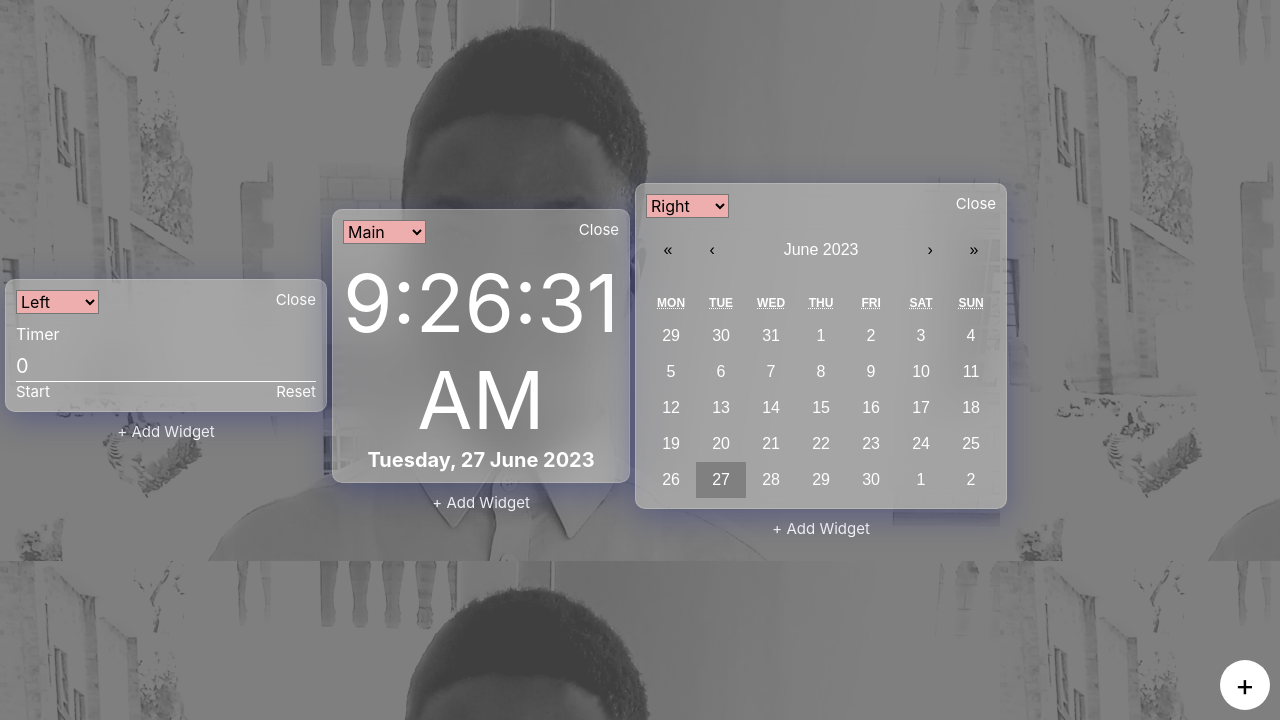
Repository: Angera-Silas/Planner-app
Page: /
These files come from the project's save history. The page is drawn as it stood at one moment and after a run of saves; the edit follows.
The browser window is 1280 px wide. The pictures show the whole page.
The project was rebuilt for these pictures with package versions that can differ from the ones it lists, and the page was loaded fresh each time. Also part of the build but not shown: src/widgets/ReminderListWidget.js, src/modals/WidgetGalleryModal.js.

Above is the page before, as saved 2023-06-27 18:34:47.

### src/index.css
body {
  margin: 0;
  font-family: -apple-system, BlinkMacSystemFont, 'Segoe UI', 'Roboto', 'Oxygen',
    'Ubuntu', 'Cantarell', 'Fira Sans', 'Droid Sans', 'Helvetica Neue',
    sans-serif;
  -webkit-font-smoothing: antialiased;
  -moz-osx-font-smoothing: grayscale;
}

code {
  font-family: source-code-pro, Menlo, Monaco, Consolas, 'Courier New',
    monospace;
}
*,
*::before,
*::after {
 box-sizing: border-box;
}

img,
svg,
video,
canvas,
audio,
iframe,
embed,
object {
 display: block;
 max-width: 100%;
}

input,
button,
textarea,
select {
 font: inherit;
 color: black;
}

* {
 margin: 0;
 padding: 0;
 box-sizing: border-box;
 font: inherit;
 color: white;
}

/* width */
::-webkit-scrollbar {
 width: 10px;
}

/* Track */
::-webkit-scrollbar-track {
 background: #363636;
}

/* Handle */
::-webkit-scrollbar-thumb {
 background: #777;
}

/* Handle on hover */
::-webkit-scrollbar-thumb:hover {
 background: #1e1e1e;
}

### src/App.js
import React, { useState } from 'react';
import './App.css';
import ClockWidget from './widgets/ClockWidget';
import WidgetGalleryModal from './modals/WidgetGalleryModal';
import Draggable from 'react-draggable';
import TimerWidget from './widgets/TimerWidget';
import CalendarWidget from './widgets/CalendarWidget';
import MyCustomWidget from './widgets/MyCustomWidget';

function App() {
 const [widgets, setWidgets] = useState([
  { id: new Date().getTime(), component: <ClockWidget />, area: 'main-widget', name: "Date and Time" },
  { id: new Date().getTime() + 2, component: <CalendarWidget />, area: 'right-widget', name: "Calendar" },
  { id: new Date().getTime() + 1, component: <TimerWidget />, area: 'left-widget', name:"Timer" },
  { id: new Date().getTime(), component: <MyCustomWidget/>,area: 'center-widget',name:"Stopwatch"},
 ])
 const [showWidgetModal, setShowWidgetModal] = useState(false)
 const [selectedWidgetArea, setSelectedWidgetArea] = useState('')

 const removeWidget = (index) => {
  try {
   setWidgets(widgets.filter(widget => widget.id !== index))
  } catch (error) {
   console.log(error)
  }
 }

 return (
  <>
   {showWidgetModal && <WidgetGalleryModal setShowWidgetModal={setShowWidgetModal} selectedWidgetArea={selectedWidgetArea} widgets={widgets} setWidgets={setWidgets} />}
   <div className="add-button"
    onClick={() => {
     console.log('add button clicked')
     setShowWidgetModal(true)
     setSelectedWidgetArea('none-widget')
    }}
   >
    <p
     className='add-widget-button'
     style={{ background: "none", border: "none", color: "black", fontSize: "30px", cursor: "pointer", backgroundColor: "white", borderRadius: "50%", width: "50px", display: "flex", justifyContent: "center", alignItems: "center", height: "50px", position: "fixed", bottom: "10px", right: "10px" }}
    >+</p>
   </div>
   <div className='none-widget' >
    {widgets.length > 0 && widgets.map((widget, index) => {
     if (widget.area === 'none-widget') {
      return (
       <Draggable>
            <div style={{ padding: 10,}} className='widget-container' >
             <div style={{ marginBottom: 10 }}>
              <select value={widget.area}
               onChange={(e) => {
                let widgetList = [...widgets]
                widgetList[index].area = e.target.value
                setWidgets(widgetList)
               }}
              >
               <option value="none-widget">Floating</option>
               <option value="left-widget">Left</option>
               <option value="main-widget">Main</option>
               <option value="right-widget">Right</option>
               <option value="center-widget">Center</option>
              </select>
              <button
               onClick={() => {
                removeWidget(widget.id)
               }}
               style={{ background: "none", border: "none", color: "white", fontSize: "15px", cursor: "pointer", float: "right" }}
              >Close</button>
             </div>
             {widget.component}
            </div>
       </Draggable>
      )
     }
    })}
   </div>
   <div className="App">
    <div className="container">
     <div className='left-widget'>
      {widgets.length > 0 && widgets.map((widget, index) => {
       if (widget.area === 'left-widget') {
        return (
         <div style={{ padding: 10,}} className='widget-container'>
          <div style={{ marginBottom: 10 }}>
           <select value={widget.area}
            onChange={(e) => {
             let widgetList = [...widgets]
             widgetList[index].area = e.target.value
             setWidgets(widgetList)
            }}
           >
            <option value="none-widget">Floating</option>
            <option value="left-widget">Left</option>
            <option value="main-widget">Main</option>
            <option value="right-widget">Right</option>
            <option value="center-widget">Center</option>
           </select>
           <button
            onClick={() => {
             removeWidget(widget.id)
            }}
            style={{ background: "none", border: "none", color: "white", fontSize: "15px", cursor: "pointer", float: "right" }}
           >Close</button>
          </div>
          {widget.component}
         </div>
        )
       }
      })}
      {widgets.filter(widget => widget.area === 'left-widget').length < 3 && widgets.filter(widget => widget.area === 'left-widget').length > 0 &&
       <button
        className='add-widget-button'
        onClick={() => {
         setShowWidgetModal(true)
         setSelectedWidgetArea('left-widget')
        }}>+ Add Widget</button>
      }
     </div>
     <div className='main-widget'>
      {widgets.length > 0 && widgets.map((widget, index) => {
       if (widget.area === 'main-widget') {
        return (
         <div style={{ padding: 10,}} className='widget-container' >
          <div style={{ marginBottom: 10 }}>
           <select value={widget.area}
            onChange={(e) => {
             let widgetList = [...widgets]
             widgetList[index].area = e.target.value
             setWidgets(widgetList)
            }}
           >
            <option value="none-widget">Floating</option>
            <option value="left-widget">Left</option>
            <option value="main-widget">Main</option>
            <option value="right-widget">Right</option>
            <option value="center-widget">Center</option>
           </select>
           <button
            onClick={() => {
             removeWidget(widget.id)
            }}
            style={{ background: "none", border: "none", color: "white", fontSize: "15px", cursor: "pointer", float: "right" }}
           >Close</button>
          </div>
          {widget.component}
         </div>
        )
       }
      })}
      {widgets.filter(widget => widget.area === 'main-widget').length < 2 &&
       <button
        className='add-widget-button'
        onClick={() => {
         setShowWidgetModal(true)
         setSelectedWidgetArea('main-widget')
        }}>+ Add Widget</button>
      }
     </div>
     <div className='right-widget'>
      {widgets.length > 0 && widgets.map((widget, index) => {
       if (widget.area === 'right-widget') {
        return (
         <div style={{ padding: 10,}} className='widget-container'>
          <div style={{ marginBottom: 10 }}>
           <select value={widget.area}
            onChange={(e) => {
             let widgetList = [...widgets]
             widgetList[index].area = e.target.value
             setWidgets(widgetList)
            }}
           >
            <option value="none-widget">Floating</option>
            <option value="left-widget">Left</option>
            <option value="main-widget">Main</option>
            <option value="right-widget">Right</option>
            <option value="center-widget">Center</option>
           </select>
           <button
            onClick={() => {
             removeWidget(widget.id)
            }}
            style={{ background: "none", border: "none", color: "white", fontSize: "15px", cursor: "pointer", float: "right" }}
           >Close</button>
          </div>
          {widget.component}
         </div>
        )
       }
      })}
      {widgets.filter(widget => widget.area === 'right-widget').length < 3 && widgets.filter(widget => widget.area === 'right-widget').length > 0 &&
       <button
        className='add-widget-button'
        onClick={() => {
         setShowWidgetModal(true)
         setSelectedWidgetArea('right-widget')
        }}>+ Add Widget</button>
      }
     </div>
    </div>
   </div>
  </>
 )
}

export default App;

### src/App.css
.App {
  background: url("background.jpg");
  height: 100vh;
  display: flex;
  justify-content: flex-start;
  align-items: center;
  width: 100%;

}

.container {
  display: flex;
  flex-direction: row;
  align-items: flex-start;
  justify-content: space-between;
  gap: 5px;
  width: 100vh;
  padding: 5px;
  max-height: 100vh;
  height: 100%;

}

.item {
  background-color: rgba(255, 255, 255, 0.8);
  border: 1px solid rgba(0, 0, 0);
  padding: 20px;
  font-size: 30px;
  text-align: center;
}

.time {
  font-size: 80px;
  color: white;
  text-align: center;
}

.date {
  font-size: 20px;
  color: white;
  text-align: center;
  font-weight: bold;
}
 .stopwatch {
 font-size: 20px;
 color: white;
 font-weight: bold;
 text-align: center;
}
.add-widget-button {
  background-color: transparent;
  color: white;
  border: none;
  font-size: 15px;
  text-align: center;
  cursor: pointer;
}

.add-widget-button:hover {
  color: #1e1e1e;
}

.right-widget,
.left-widget,
.main-widget,
.center-widget {
  display: flex;
  justify-content: center;
  align-items: center;
  flex-direction: column;
  gap: 10px;
  height: 100%;
  max-width: 500px;
}

.none-widget {
  position: fixed;
  /* height: 100vh;
  width: 100vw; */
  top: 0px;
  left: 0px;
}

select {
 background-color: #efaeae;
}

/* Modal */
.modal {
  position: fixed;
  z-index: 1;
  padding-top: 100px;
  left: 0;
  top: 0;
  width: 100vw;
  height: 100vh;
  overflow: auto;
  background-color: rgb(0, 0, 0, 0.4);
}

.modal-content {
  background-color: #183A37;
  margin: auto;
  padding: 20px;
  width: 50%;
  max-height: 50vh;
  overflow: scroll;
}

.modal-header {
  display: flex;
  justify-content: space-between;
  align-items: flex-start;
}

.modal-header h2 {
  color: white;
  font-weight: bold;
  font-size: 25px;
}

.row {
  display: flex;
  justify-content: space-between;
  align-items: center;
  gap: 10px;
}

.widget-gallery-item {
  color: black;
  border: 1px solid white;
  padding: 10px;
  margin-bottom: 10px;
}

.text-input {
  outline: none;
  border: none;
  border-bottom: 1px solid white;
  width: 100%;
  background-color: transparent;
  color: white;
  font-size: 20px;
  margin-top: 10px;
  padding-bottom: 3px;
}

.widget-container {
  background: rgba(255, 255, 255, 0.3);
  box-shadow: 0 8px 32px 0 rgba(31, 38, 135, 0.37);
  backdrop-filter: blur(20px);
  -webkit-backdrop-filter: blur(20px);
  border-radius: 10px;
  border: 1px solid rgba(255, 255, 255, 0.18);

}

.widget-gallery-item-name{
  font-size: 20px;
  font-weight: bold;
  margin-bottom: 10px;
}

### src/widgets/ClockWidget.js
import React, { useEffect, useState } from 'react'

export default function ClockWidget() {
  const [time, setTime] = useState(new Date().toLocaleTimeString())
  const [date, setDate] = useState(new Date())
  useEffect(() => {
    const interval = setInterval(() => {
      setTime(new Date().toLocaleTimeString())
      setDate(new Date())
    }, 1000)
    return () => clearInterval(interval)
  }, [])

  const tidyDate = (date) => {
    const dateArray = date
    const day = dateArray.getDay()
    const dateNumber = dateArray.getDate()
    const month = dateArray.getMonth() + 1
    const year = dateArray.getFullYear()

    const days = ['Sunday', 'Monday', 'Tuesday', 'Wednesday', 'Thursday', 'Friday', 'Saturday']
    const months = ['January', 'February', 'March', 'April', 'May', 'June', 'July', 'August', 'September', 'October', 'November', 'December']

    return `${days[day]}, ${dateNumber} ${months[month - 1]} ${year}`

  }

  return (
    <div>
      <p className='time'>{time}</p>
      <p className='date'>{tidyDate(date)}</p>
    </div>
  )
}

### src/widgets/TimerWidget.js
import React, { useEffect, useState } from 'react'

export default function TimerWidget() {
  const [timerListData, setTimerListData] = useState({
    time: 0,
    isRunning: false,
  })

  const tidyTime = (time) => {
    let hours = Math.floor(time / 3600)
    let minutes = Math.floor((time - (hours * 3600)) / 60)
    let seconds = time - (hours * 3600) - (minutes * 60)

    if (hours < 10) { hours = "0" + hours }
    if (minutes < 10) { minutes = "0" + minutes }
    if (seconds < 10) { seconds = "0" + seconds }

    return hours + ':' + minutes + ':' + seconds
  }

  useEffect(() => {
    // timer logic
    let interval = null
    if (timerListData.isRunning && timerListData.time > 0) {
      interval = setInterval(() => {
        setTimerListData({
          ...timerListData,
          time: parseInt(timerListData.time) - 1,
        })
      }, 1000)
    } else if (!timerListData.isRunning && timerListData.time !== 0) {
      setTimerListData({
        ...timerListData,
        isRunning: false,
      })
      clearInterval(interval)
    } else if (timerListData.isRunning && timerListData.time === 0) {
      setTimerListData({
        ...timerListData,
        isRunning: false,
      })
      clearInterval(interval)
      alert('Timer is up!')
    }

      return () => clearInterval(interval)
  }, [timerListData.isRunning, timerListData.time])

  return (
    <div style={{ minWidth: 300 }}>
      <div style={{ display: "flex", justifyContent: "space-between", alignItems: "row" }}>
        <p>Timer</p>
      </div>
      <div className='timer-container'>
        <div className='timer-display'>
          {timerListData.isRunning ?
            <p style={{ textAlign: "center", fontWeight: "bold", fontSize: 20 }}>{tidyTime(timerListData.time)}</p>
            :
            <input type="text" className='text-input' value={timerListData.time} onChange={(e) => {
              setTimerListData({
                ...timerListData,
                time: e.target.value,
              })
            }} />
          }
        </div>
        <div className='timer-controls' style={{ display: "flex", justifyContent: "space-between", alignItems: "center", }}>
          <button
            style={{
              background: "none",
              border: "none",
              color: "white",
              fontSize: "15px",
              cursor: "pointer",
            }}
            onClick={() => {
              setTimerListData({
                ...timerListData,
                isRunning: !timerListData.isRunning,
              })
            }}
          >{timerListData.isRunning ? 'Stop' : 'Start'}</button>
          <button
            style={{
              background: "none",
              border: "none",
              color: "white",
              fontSize: "15px",
              cursor: "pointer",
            }}
            onClick={() => {
              setTimerListData({
                ...timerListData,
                time: 0,
              })
            }}
          >Reset</button>
        </div>
      </div>
    </div>
  )
}

### src/styles/styles.css
.react-calendar {
  width: 350px;
  max-width: 100%;
  background: transparent;
  font-family: Arial, Helvetica, sans-serif;
  line-height: 1.125em;
}

.react-calendar--doubleView {
  width: 700px;
}

.react-calendar--doubleView .react-calendar__viewContainer {
  display: flex;
  margin: -0.5em;
}

.react-calendar--doubleView .react-calendar__viewContainer > * {
  width: 50%;
  margin: 0.5em;
}

.react-calendar,
.react-calendar *,
.react-calendar *:before,
.react-calendar *:after {
  -moz-box-sizing: border-box;
  -webkit-box-sizing: border-box;
  box-sizing: border-box;
}

.react-calendar button {
  margin: 0;
  border: 0;
  outline: none;
}

.react-calendar button:enabled:hover {
  cursor: pointer;
}

.react-calendar__navigation {
  display: flex;
  height: 44px;
  margin-bottom: 1em;
}

.react-calendar__navigation button {
  min-width: 44px;
  background: none;
}

.react-calendar__navigation button:disabled {
  background-color: #f0f0f0;
}

.react-calendar__navigation button:enabled:hover,
.react-calendar__navigation button:enabled:focus {
  background-color: #e6e6e6;
}

.react-calendar__month-view__weekdays {
  text-align: center;
  text-transform: uppercase;
  font-weight: bold;
  font-size: 0.75em;
}

.react-calendar__month-view__weekdays__weekday {
  padding: 0.5em;
}

.react-calendar__month-view__weekNumbers .react-calendar__tile {
  display: flex;
  align-items: center;
  justify-content: center;
  font-size: 0.75em;
  font-weight: bold;
}

.react-calendar__month-view__days__day--weekend {
  color: #d10000;
}

.react-calendar__month-view__days__day--neighboringMonth {
  color: #757575;
}

.react-calendar__year-view .react-calendar__tile,
.react-calendar__decade-view .react-calendar__tile,
.react-calendar__century-view .react-calendar__tile {
  padding: 2em 0.5em;
}

.react-calendar__tile {
  max-width: 100%;
  padding: 10px 6.6667px;
  background: none;
  text-align: center;
  line-height: 16px;
}

.react-calendar__tile:disabled {
  background-color: #f0f0f0;
}

.react-calendar__tile:enabled:hover,
.react-calendar__tile:enabled:focus {
  background-color: #e6e6e6;
}

.react-calendar__tile--now {
  background: gray;
}

.react-calendar__tile--now:enabled:hover,
.react-calendar__tile--now:enabled:focus {
  background: gray;
}

.react-calendar__tile--hasActive {
  background: #76baff;
}

.react-calendar__tile--hasActive:enabled:hover,
.react-calendar__tile--hasActive:enabled:focus {
  background: #a9d4ff;
}

.react-calendar__tile--active {
  background: #006edc;
  color: white;
}

.react-calendar__tile--active:enabled:hover,
.react-calendar__tile--active:enabled:focus {
  background: #1087ff;
}

.react-calendar--selectRange .react-calendar__tile--hover {
  background-color: #e6e6e6;
}

### src/widgets/MyCustomWidget.js
import React, { useEffect, useState } from 'react';
import { BsStopwatch } from 'react-icons/bs'

export default function MyCustomWidget() {
   const [stopwatchData, setStopwatchData] = useState([
  { id: 0, name: "Timer 1", time: 0, isRunning: false, lap: [], time_started: 0, pause: [] },
 ])
 const [selectedRow, setSelectedRow] = useState(0)

 useEffect(() => {
  const interval = setInterval(() => {
   setStopwatchData(stopwatchData.map((stopwatch) => {
    if (stopwatch.isRunning) {
     return { ...stopwatch, time: new Date() - stopwatch.time_started - stopwatch.pause.reduce((a, b) => a + b, 0) }
    }
    return stopwatch
   }))
  }, 10)
  return () => clearInterval(interval)
 }, [stopwatchData])
 const handleStart = (id) => {
  setStopwatchData(stopwatchData.map((stopwatch) => {
   if (stopwatch.id === id) {
    return { ...stopwatch, isRunning: true, time_started: new Date() - stopwatch.time - stopwatch.pause.reduce((a, b) => a + b, 0) }
   }
   return stopwatch
  }))
 }

 const handleStop = (id) => {
  setStopwatchData(stopwatchData.map((stopwatch) => {
   if (stopwatch.id === id) {
    return { ...stopwatch, isRunning: false, pause: [...stopwatch.pause, new Date() - stopwatch.time_started - stopwatch.pause.reduce((a, b) => a + b, 0)] }
   }
   return stopwatch
  }))
 }

 const handleReset = (id) => {
  setStopwatchData(stopwatchData.map((stopwatch) => {
   if (stopwatch.id === id) {
    return { ...stopwatch, time: 0, isRunning: false, lap: [] }
   }
   return stopwatch
  }))
 }

 const handleLap = (id) => {
  setStopwatchData(stopwatchData.map((stopwatch) => {
   if (stopwatch.id === id) {
    return { ...stopwatch, lap: [...stopwatch.lap, stopwatch.time] }
   }
   return stopwatch
  }))
 }
  return (
    <div className='stopwatch'>
      <div style={{ display: "flex", alignItems: "center", flexDirection: "row", justifyContent: "space-between", width: "100%" }}>
      <div style={{ textAlign: "left" }}>
       <h1 style={{ fontWeight: "bold", fontSize: 30 }}>Stopwatch</h1>
      </div>
     </div>

     <p className='main-time-label'>{stopwatchData[selectedRow]?.time > 0 ? new Date(stopwatchData[selectedRow]?.time).toISOString().slice(11, -1) : "00:00:00.000"}</p>
     <div className="main-button-controls">
      <button className={"control-buttons"} onClick={() => handleStart(stopwatchData[selectedRow].id)}>Start</button>
      <button className={"control-buttons"} onClick={() => handleLap(stopwatchData[selectedRow].id)}>Lap</button>
      <button className={"control-buttons"} onClick={() => handleStop(stopwatchData[selectedRow].id)}>Stop</button>
      <button className={"control-buttons"} onClick={() => handleReset(stopwatchData[selectedRow].id)}>Reset</button>
     </div>
     <p className='lap-label'>Laps</p>
     <div className='lap-container'>
      {stopwatchData[selectedRow]?.lap.length > 0 && stopwatchData[selectedRow]?.lap.map((lap, index) => (
       <div style={{ display: "flex", justifyContent: "space-between", width: "500px" }}>
        <p>Lap {index + 1}</p>
        <p className='lap-time-label' key={index}>{new Date(lap).toISOString().slice(11, -1)}</p>
       </div>
      ))}
     </div>
    </div>
  )
}

Loaded but not shown: public/index.html (common file); src/index.js (common file); src/reportWebVitals.js (common file); src/widgets/CalendarWidget.js (common file)

After the next 2 saves:
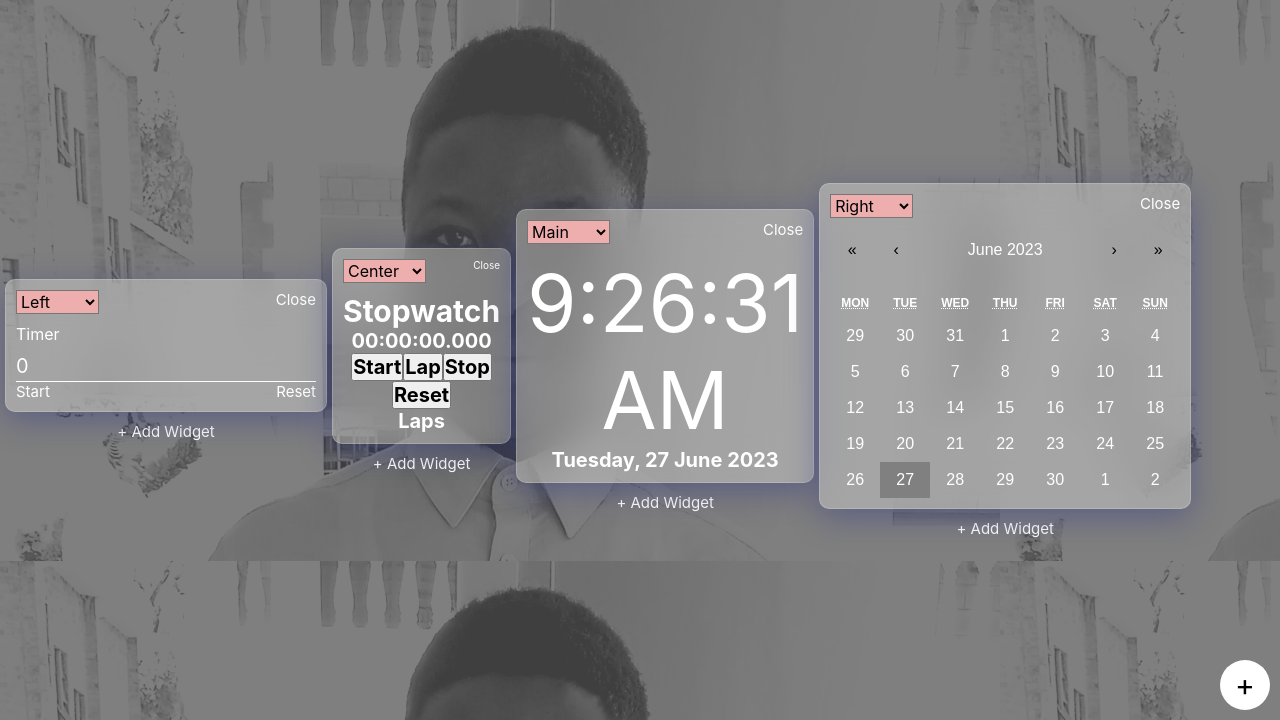
The 2 saves are shown as one change because they came seconds apart.
The last was saved 14 s later.
--- a/src/App.js
+++ b/src/App.js
@@ -116,6 +116,46 @@ function App() {
         }}>+ Add Widget</button>
       }
      </div>
+     <div className='center-widget'>
+      {widgets.length > 0 && widgets.map((widget, index) => {
+       if (widget.area === 'center-widget') {
+        return (
+         <div style={{ padding: 10,}} className='widget-container' >
+          <div style={{ marginBottom: 10 }}>
+           <select value={widget.area}
+            onChange={(e) => {
+             let widgetList = [...widgets]
+             widgetList[index].area = e.target.value
+             setWidgets(widgetList)
+            }}
+           >
+            <option value="none-widget">Floating</option>
+            <option value="left-widget">Left</option>
+            <option value="main-widget">Main</option>
+            <option value="right-widget">Right</option>
+            <option value="center-widget">Center</option>
+           </select>
+           <button
+            onClick={() => {
+             removeWidget(widget.id)
+            }}
+            style={{ background: "none", border: "none", color: "white", fontSize: "10px", cursor: "pointer", float: "right" }}
+           >Close</button>
+          </div>
+          {widget.component}
+         </div>
+        )
+       }
+      })}
+      {widgets.filter(widget => widget.area === 'center-widget').length < 2 &&
+       <button
+        className='add-widget-button'
+        onClick={() => {
+         setShowWidgetModal(true)
+         setSelectedWidgetArea('center-widget')
+        }}>+ Add Widget</button>
+      }
+     </div>
      <div className='main-widget'>
       {widgets.length > 0 && widgets.map((widget, index) => {
        if (widget.area === 'main-widget') {
